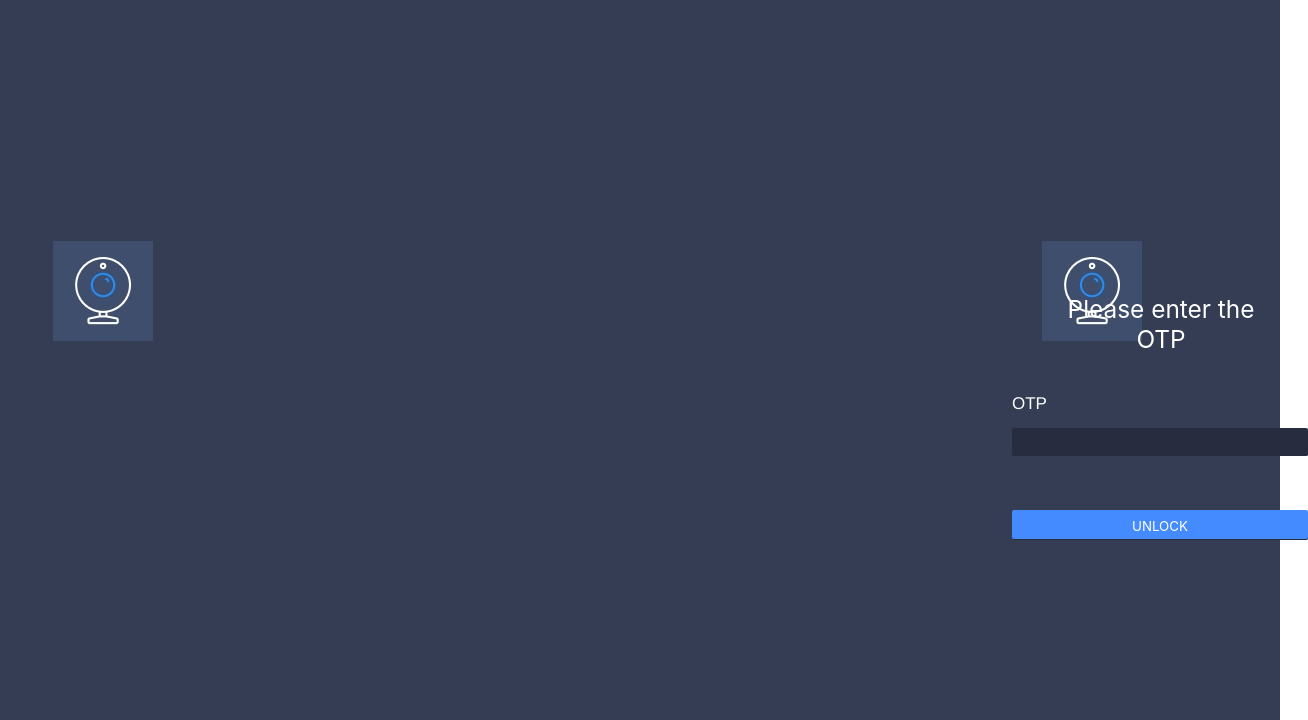
Repository: aba450/smart-door
Page: / (app in S3/smart-door-visitor/)
These files come from the project's save history. The page is drawn as it stood at one moment and after the next save; the edit follows.
The browser window is 1280 px wide. The page is 1308 px wide, so the pictures cover 1308 px, including what lies to the right of the window. The pictures show the whole page.
The project was rebuilt for these pictures with package versions that can differ from the ones it lists, and the page was loaded fresh each time.

Above is the page before, as saved 2020-03-17 20:40:29.

### S3/smart-door-visitor/src/App.js
import React from 'react';
import './App.css';
import Camera_ON from './Camera_ON.jpg'
import SLogo from './SLogo.png'

function App() {



  return (
    <div className="App">
      <img src={Camera_ON} className="Camera-logo"/>
      <img src={Camera_ON} className="S-logo"/>
      <label className="text-label">Please enter the OTP</label>
       <label className="otp-label">OTP</label>
        <input type="text" className="otp-input"></input>
        <button className="unlock-button">UNLOCK</button>
    </div>
  );
}

export default App;

### S3/smart-door-visitor/src/App.css
.App {
  text-align: center;
  background-color: #343d54;
  min-height: 100vh;
  display: flex;
  flex-direction: column;
  font-size: calc(10px + 2vmin);
  color: white;
}

.Camera-logo {
  position: absolute;
  height: 100px;
  width: 100px;
  left: 53px;
  top: 241px;
}

.S-logo {
  position: absolute;
  height: 100px;
  width: 100px;
  left: 1042px;
  top: 241px;
}

.text-label {
  position: absolute;
  left:1042px;
  top:294px;
}

.otp-label {
  position: absolute;
  font-family:Helvetica;
  font-size:17px;
  color:#ffffff;
  letter-spacing:0;
  text-align:left;
  left:1012px;
  top:394px;
}

.otp-input {
  color:#1f8efa;
  background-color: #272d3f;
  letter-spacing:0;
  text-align:left;
  position: absolute;
  left:1012px;
  top:428px;
}

.unlock-button {
  position: absolute;
  background-color: #438bff;
  left:1012px;
  top:510px;
}

input {
    -webkit-appearance: none;
    appearance: none;
    margin: auto;
    max-width: 280px;
    border-radius: 2px;
    border: 0;
    overflow: hidden;
    width: 100%;
    font-family:-apple-system, BlinkMacSystemFont, 'Segoe UI', Roboto, Oxygen, Ubuntu, Cantarell, 'Open Sans', 'Helvetica Neue', sans-serif;
    padding: 8px 8px 8px 8px;
    height: 12px;
    font-size: 16px;
    font-weight: 400;
    box-shadow: inset 0 -1px 0  #272d3f;
    transition: all .15s ease;
}

button {
  height: 30px;
  max-width: 296px;
  margin: auto;
  width: 100%;
  color: white;
  font-family:-apple-system, BlinkMacSystemFont, 'Segoe UI', Roboto, Oxygen, Ubuntu, Cantarell, 'Open Sans', 'Helvetica Neue', sans-serif;
  border-radius: 2px;
  border: 0;
  padding: 8px 8px 8px 8px;
  box-shadow: inset 0 -1px 0  #272d3f;
    transition: all .15s ease;
}

Loaded but not shown: S3/smart-door-visitor/public/index.html (common file); S3/smart-door-visitor/src/index.js (common file); S3/smart-door-visitor/src/index.css (common file); S3/smart-door-visitor/src/serviceWorker.js (common file)

After the next save:
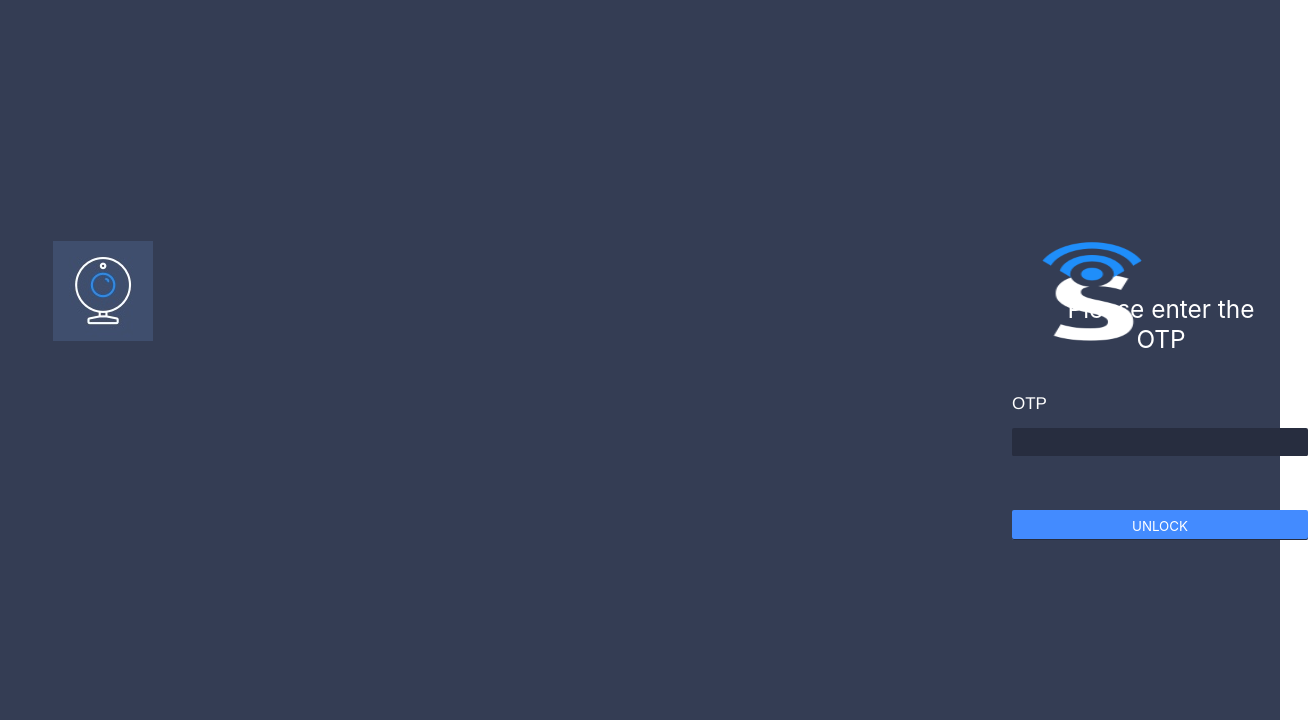
Saved 10 s later.
--- a/S3/smart-door-visitor/src/App.js
+++ b/S3/smart-door-visitor/src/App.js
@@ -10,7 +10,7 @@ function App() {
   return (
     <div className="App">
       <img src={Camera_ON} className="Camera-logo"/>
-      <img src={Camera_ON} className="S-logo"/>
+      <img src={SLogo} className="S-logo"/>
       <label className="text-label">Please enter the OTP</label>
        <label className="otp-label">OTP</label>
         <input type="text" className="otp-input"></input>
